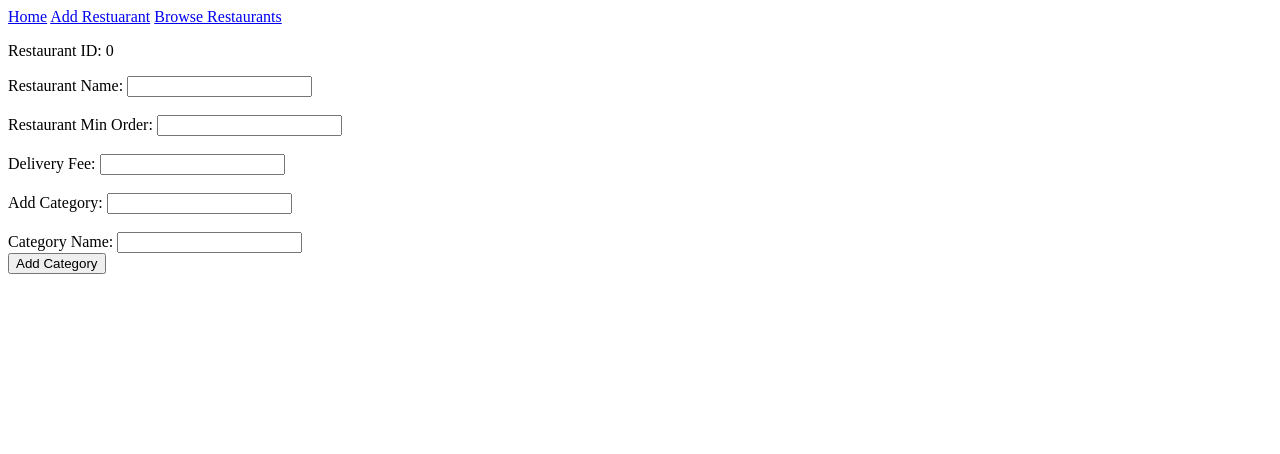
Repository: hudaali14/Carleton
Page: http://localhost/restaurants/0
These files come from the project's save history. The page is drawn as it stood at one moment and after the next save; the edit follows.
The browser window is 1280 px wide. The pictures show the whole page.
The page is served by the project's Node server (server.js).

Above is the page before, as saved 2020-03-12 17:32:49.

After the next save:
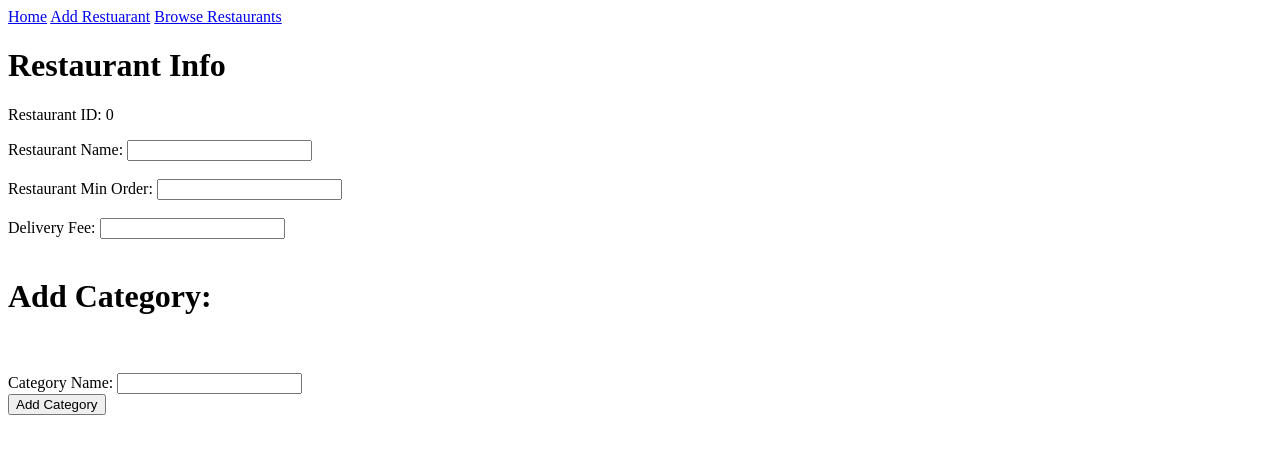
Saved 2 min 41 s later.
--- a/2406/Assignments/Assignment3 (100)/views/pages/restaurantpage.pug
+++ b/2406/Assignments/Assignment3 (100)/views/pages/restaurantpage.pug
@@ -4,6 +4,7 @@ html
 body
     include ../partials/header
 
+    h1 Restaurant Info
     p Restaurant ID: #{restaurant.id}
     | Restaurant Name:
     input(type= "text", id="restaurantnamepage")
@@ -18,8 +19,7 @@ body
     br
     br
 
-    | Add Category:
-    input(type= "text", id="restaurantname")
+    h1 Add Category:
     br
     br
 
